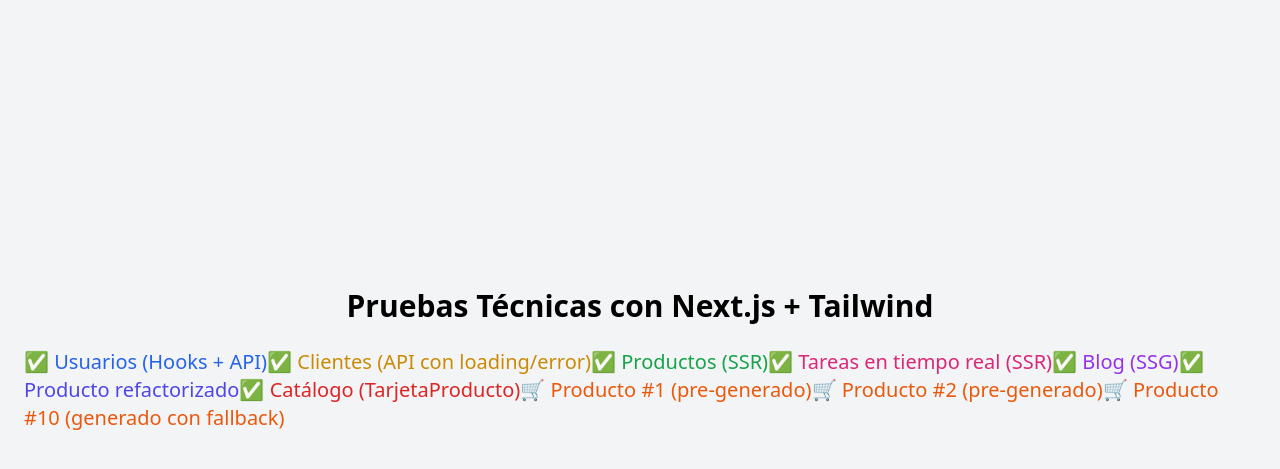
Repository: dienton82/nextjs-multifetch-demo
Page: /
These files come from the project's save history. The page is drawn as it stood at one moment and after the next save; the edit follows.
The browser window is 1280 px wide. The pictures show the whole page.
The project was rebuilt for these pictures with package versions that can differ from the ones it lists, and the page was loaded fresh each time. The framework's server and built-in components were replaced by stand-ins that run in the browser.

Above is the page before, as saved 2025-05-13 19:01:01.

### pages/index.tsx
import Link from 'next/link';

export default function Home() {
  return (
    <div className="min-h-screen flex flex-col justify-center items-center bg-gray-100 p-6">
      <h1 className="text-3xl font-bold mb-6">Pruebas Técnicas con Next.js + Tailwind</h1>
      <div className="space-y-4">
        <Link href="/usuarios" className="text-blue-600 hover:underline text-xl">
          ✅ Usuarios (Hooks + API)
        </Link>
        <Link href="/clientes" className="text-yellow-600 hover:underline text-xl">
          ✅ Clientes (API con loading/error)
        </Link>
        <Link href="/productos" className="text-green-600 hover:underline text-xl">
          ✅ Productos (SSR)
        </Link>
        <Link href="/tiempo-real" className="text-pink-600 hover:underline text-xl">
          ✅ Tareas en tiempo real (SSR)
        </Link>
        <Link href="/blog" className="text-purple-600 hover:underline text-xl">
          ✅ Blog (SSG)
        </Link>
        <Link href="/prueba-refactor" className="text-indigo-600 hover:underline text-xl">
          ✅ Producto refactorizado
        </Link>
        <Link href="/catalogo" className="text-red-600 hover:underline text-xl">
          ✅ Catálogo (TarjetaProducto)
        </Link>
        <Link href="/producto/1" className="text-orange-600 hover:underline text-xl">
          🛒 Producto #1 (pre-generado)
        </Link>
        <Link href="/producto/2" className="text-orange-600 hover:underline text-xl">
          🛒 Producto #2 (pre-generado)
        </Link>
        <Link href="/producto/10" className="text-orange-600 hover:underline text-xl">
          🛒 Producto #10 (generado con fallback)
        </Link>
      </div>
    </div>
  );
}

Loaded but not shown: pages/_app.tsx (common file); styles/globals.css (common file); tailwind.config.js (common file)

After the next save:
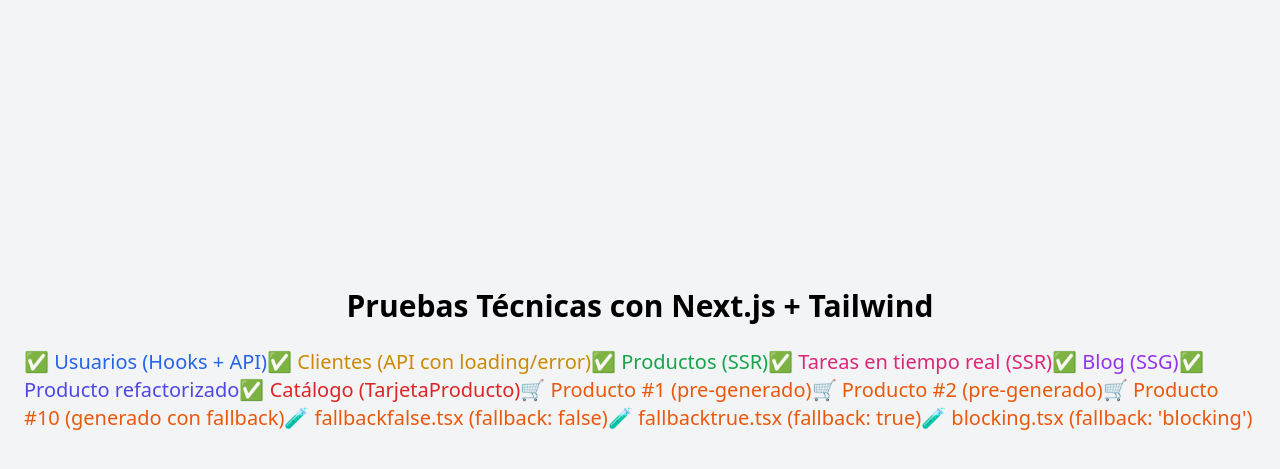
Saved 11 min 59 s later.
--- a/pages/index.tsx
+++ b/pages/index.tsx
@@ -35,6 +35,15 @@
         <Link href="/producto/10" className="text-orange-600 hover:underline text-xl">
           🛒 Producto #10 (generado con fallback)
         </Link>
+        <Link href="/producto/fallbackfalse?id=1" className="text-orange-600 hover:underline text-xl">
+          🧪 fallbackfalse.tsx (fallback: false)
+        </Link>
+        <Link href="/producto/fallbacktrue?id=1" className="text-orange-600 hover:underline text-xl">
+          🧪 fallbacktrue.tsx (fallback: true)
+        </Link>
+        <Link href="/producto/blocking?id=1" className="text-orange-600 hover:underline text-xl">
+          🧪 blocking.tsx (fallback: 'blocking')
+        </Link>
       </div>
     </div>
   );

After the save that followed:
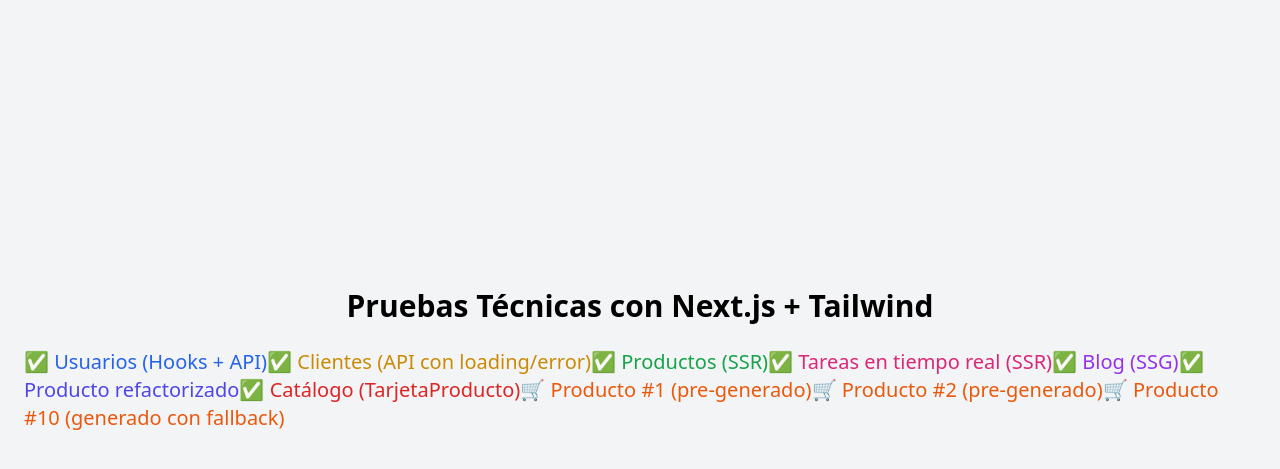
Saved 3 min 42 s later.
--- a/pages/index.tsx
+++ b/pages/index.tsx
@@ -35,15 +35,6 @@
         <Link href="/producto/10" className="text-orange-600 hover:underline text-xl">
           🛒 Producto #10 (generado con fallback)
         </Link>
-        <Link href="/producto/fallbackfalse?id=1" className="text-orange-600 hover:underline text-xl">
-          🧪 fallbackfalse.tsx (fallback: false)
-        </Link>
-        <Link href="/producto/fallbacktrue?id=1" className="text-orange-600 hover:underline text-xl">
-          🧪 fallbacktrue.tsx (fallback: true)
-        </Link>
-        <Link href="/producto/blocking?id=1" className="text-orange-600 hover:underline text-xl">
-          🧪 blocking.tsx (fallback: 'blocking')
-        </Link>
       </div>
     </div>
   );
